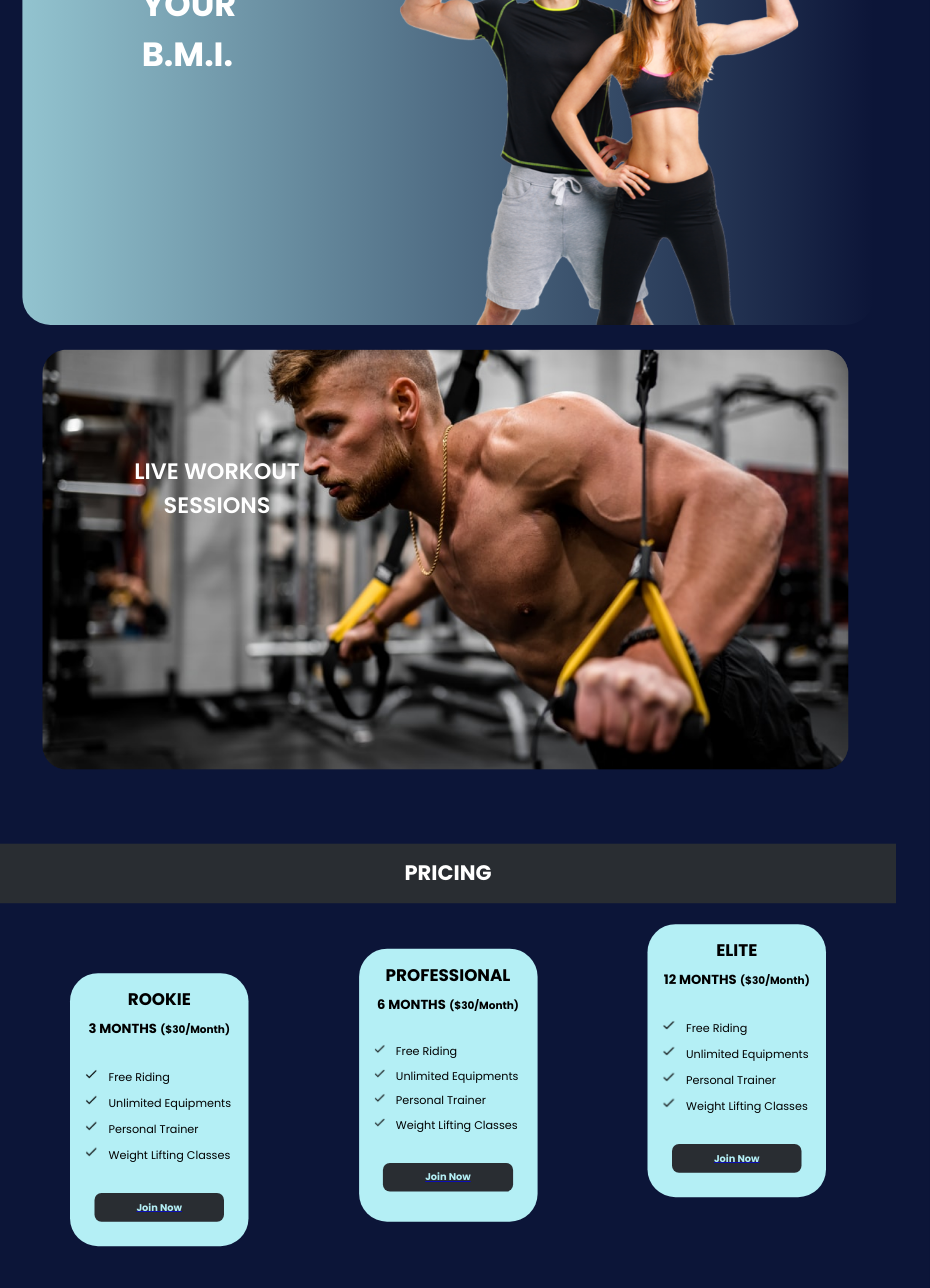
Repository: Rellzcodez/Group1-Team8
Page: index.html
An editor plug-in stored every save of this project. The page is shown before and after the next save, followed by the edit.
The browser window is 1280 px wide. The page is 1328 px wide, so the pictures cover 1328 px, including what lies to the right of the window. The pictures show the part of the page from y = 2076 to 3916 px (the page is 3916 px tall), at 70% of full size.

Above is the page before, as saved 2022-09-05 14:28:28.

After the next save:
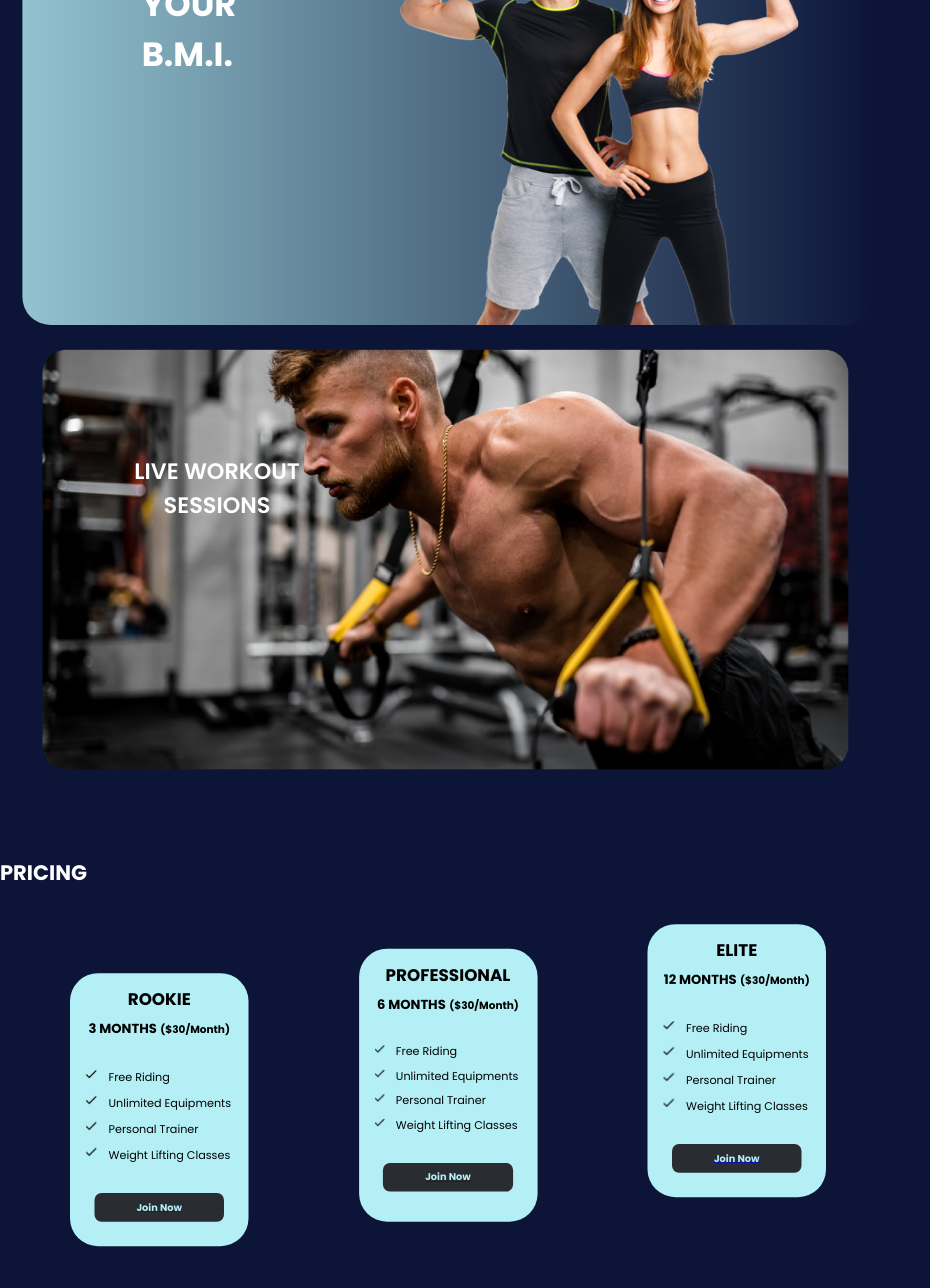
Saved 2 min 3 s later.
--- a/css/style.css
+++ b/css/style.css
@@ -273,7 +273,7 @@
 }
 
 /* live session */
-
+.live
 
 /* Pricing Session */
 

After the 2 saves that followed:
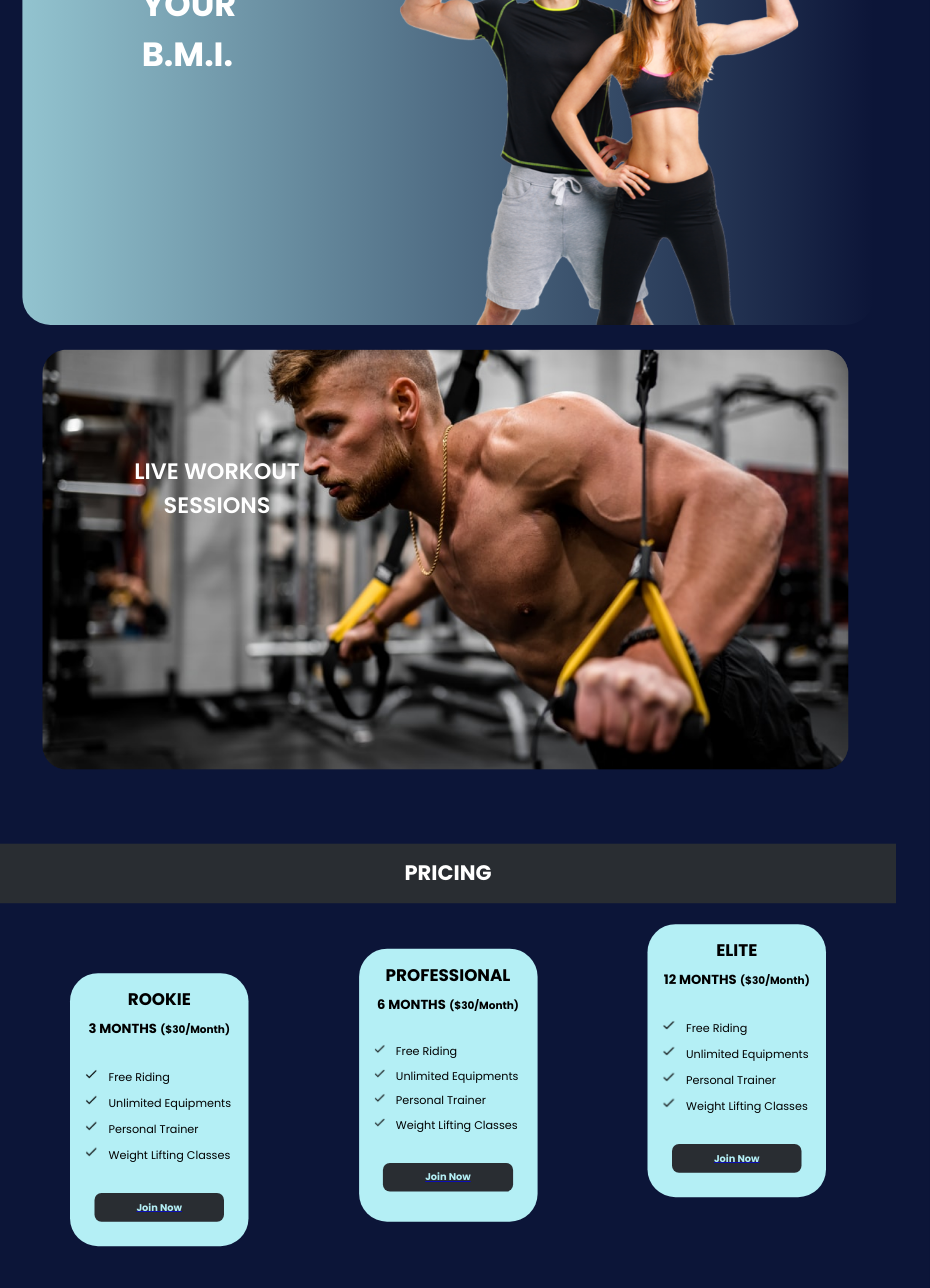
The 2 saves are shown as one change because 1 left the picture as it was.
The last was saved 10 s later.
--- a/css/style.css
+++ b/css/style.css
@@ -273,7 +273,7 @@
 }
 
 /* live session */
-.live
+.live-workout{}
 
 /* Pricing Session */
 
